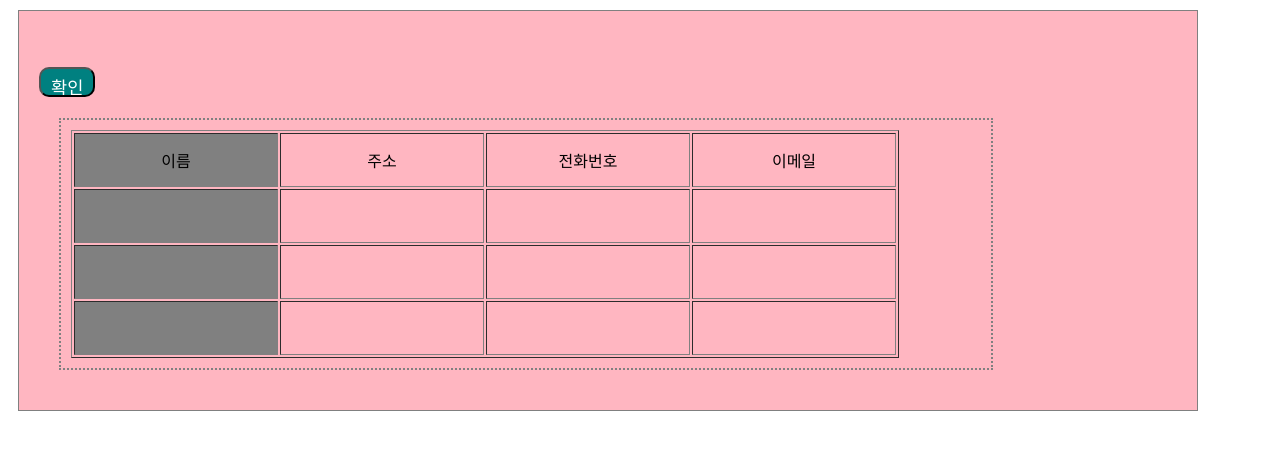
Repository: jeje0130/html
Page: jqpro/WebContent/0126/자식필터.html
These files come from the project's save history. The page is drawn as it stood at one moment and after the next save; the edit follows.
The browser window is 1280 px wide. The pictures show the whole page.
After loading, the first visible `input` was clicked once.

Above is the page before, as saved 2021-01-26 03:18:32.

### jqpro/WebContent/0126/자식필터.html
<!DOCTYPE html>
<html>
<head>
<meta charset="UTF-8">
<title>Insert title here</title>
<link rel = "stylesheet" href = "../css/public.css">
<script src="../js/jquery-3.5.1.min.js"></script>
<script>
$(function () {
	$('.box1 > input:button').on('click', function() {
		$('td:first-child').css('background', 'gray');
		$('td:nth-child(1)').css('background', 'lightgray');
		$('td:first-child').css('background', 'gray');
	})
})

</script>
<style>
td{
	width: 200px;
	height: 50px;
	text-align: center;
}
</style>
</head>
<body>

<div class="box box1">

 <br><br>

<input type="button" value="확인">

<div id="result1">

<table border="1" id="tab1">
	<tr>
		<td>이름</td>
		<td>주소</td>
		<td>전화번호</td>
		<td>이메일</td>

	</tr>

	<tr>
		<td></td>
		<td></td>
		<td></td>
		<td></td>
	</tr>

	<tr class="t1">
		<td></td>
		<td></td>
		<td></td>
		<td></td>
	</tr>

	<tr>
		<td></td>
		<td></td>
		<td></td>
		<td></td>
	</tr>
</table>

</div>
</div>
</body>
</html>

### jqpro/WebContent/css/public.css
@charset "utf-8";

pre {
	background-color : #FFE3EE;
	font-size : 1.2em;
	white-space: pre-wrap; /* 우측 여백 고정, 넘치는 글자 줄바꿈 */

	/*
	pre : 공백은 그대로, 줄바꿈 X
	pre-wrap : 공백은 그대로, 줄바꿈 O
	pre-line : 공백을 여러개줘도 하나만 표시, 줄바꿈 O
	nowrap : 공백을 여러개줘도 하나만 표시, 줄바꿈 X
	 */
}

div.box{
	width : 90%;
	height: auto;
	margin: 10px;
	padding: 20px;
	border: 1px solid gray;
	background: #FFB6C1;
}

.box input[type = button]{
	width: auto;
	height: 30px;
	background: #008080;
	color : white;
	padding: 5px 10px;
	border-radius : 10px;
	font-size: 1.1em;
}

.box div{
	width : 80%;
	height: auto;
	padding: 10px;
	border: 2px dotted gray;
	margin: 20px;
}

Loaded but not shown: jqpro/WebContent/js/jquery-3.5.1.min.js (library)

After the next save:
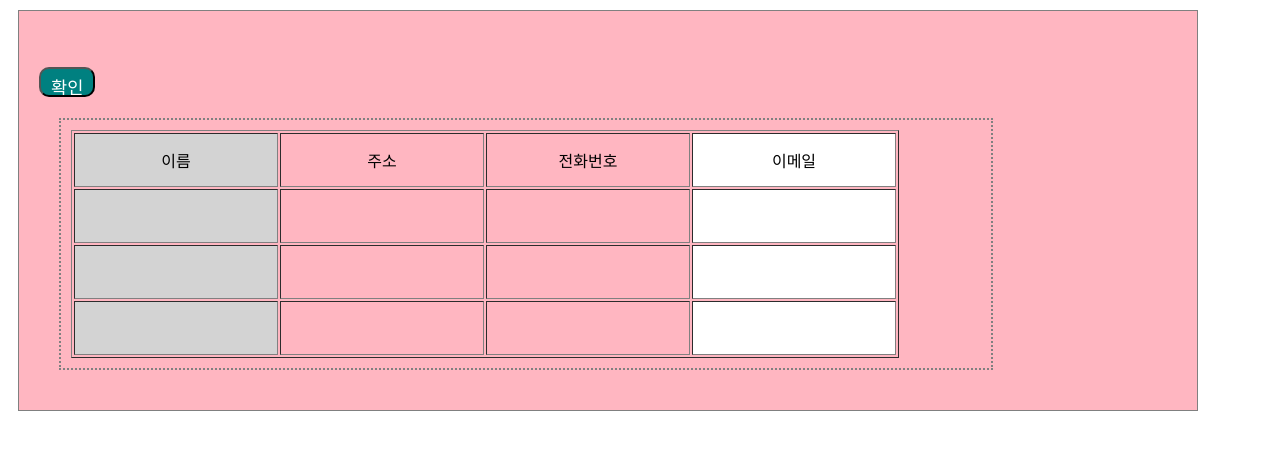
Saved 33 s later.
--- a/jqpro/WebContent/0126/자식필터.html
+++ b/jqpro/WebContent/0126/자식필터.html
@@ -10,7 +10,7 @@ $(function () {
 	$('.box1 > input:button').on('click', function() {
 		$('td:first-child').css('background', 'gray');
 		$('td:nth-child(1)').css('background', 'lightgray');
-		$('td:first-child').css('background', 'gray');
+		$('td:last-child').css('background', 'white');
 	})
 })
 
